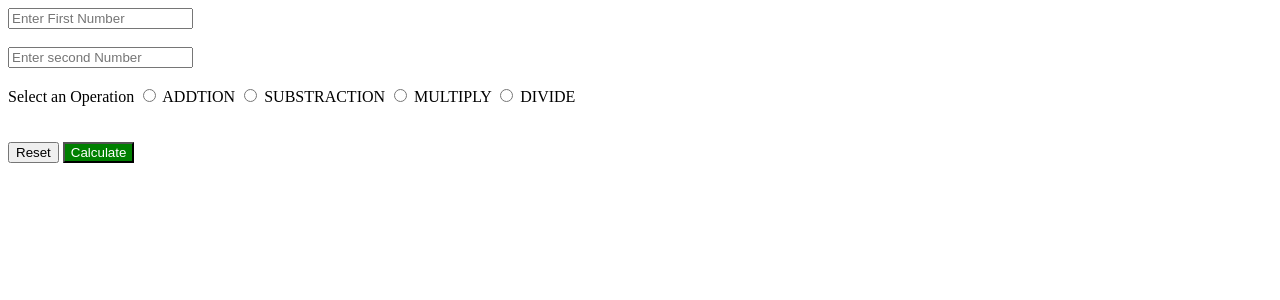
Repository: VIJAYkollu-7568/rakhi
Page: ServletProject/src/main/webapp/calculator.html
An editor plug-in stored every save of this project. The page is shown before and after the next save, followed by the edit.
The browser window is 1280 px wide. The pictures show the whole page.

Above is the page before, as saved 2024-11-04 04:28:52.

After the next save:
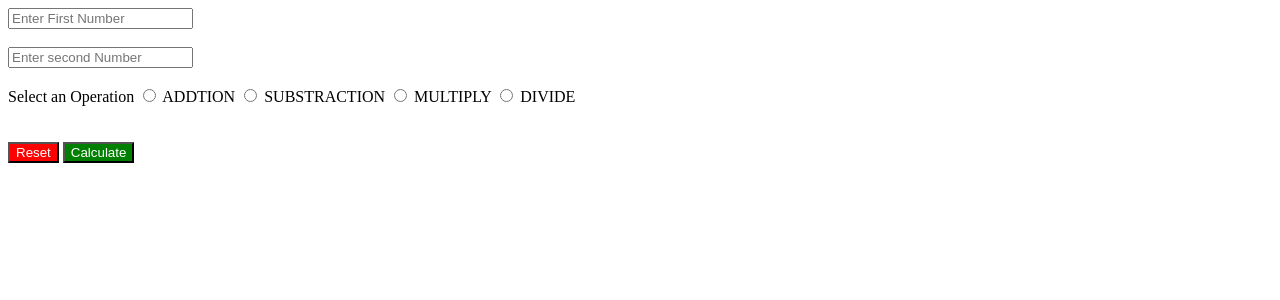
Saved 20 s later.
--- a/ServletProject/src/main/webapp/calculator.html
+++ b/ServletProject/src/main/webapp/calculator.html
@@ -16,7 +16,7 @@ SUBSTRACTION <input type="radio" name="opr" value="*">
 MULTIPLY <input type="radio" name="opr" value="/">
 DIVIDE
 <br><br>
- <br> <input type="reset">
+ <br> <input type="reset"style="background-color:red; color:white">
 <input  style="background-color:green; color:white" type="submit" value="Calculate" >
 </form>
 </body>
